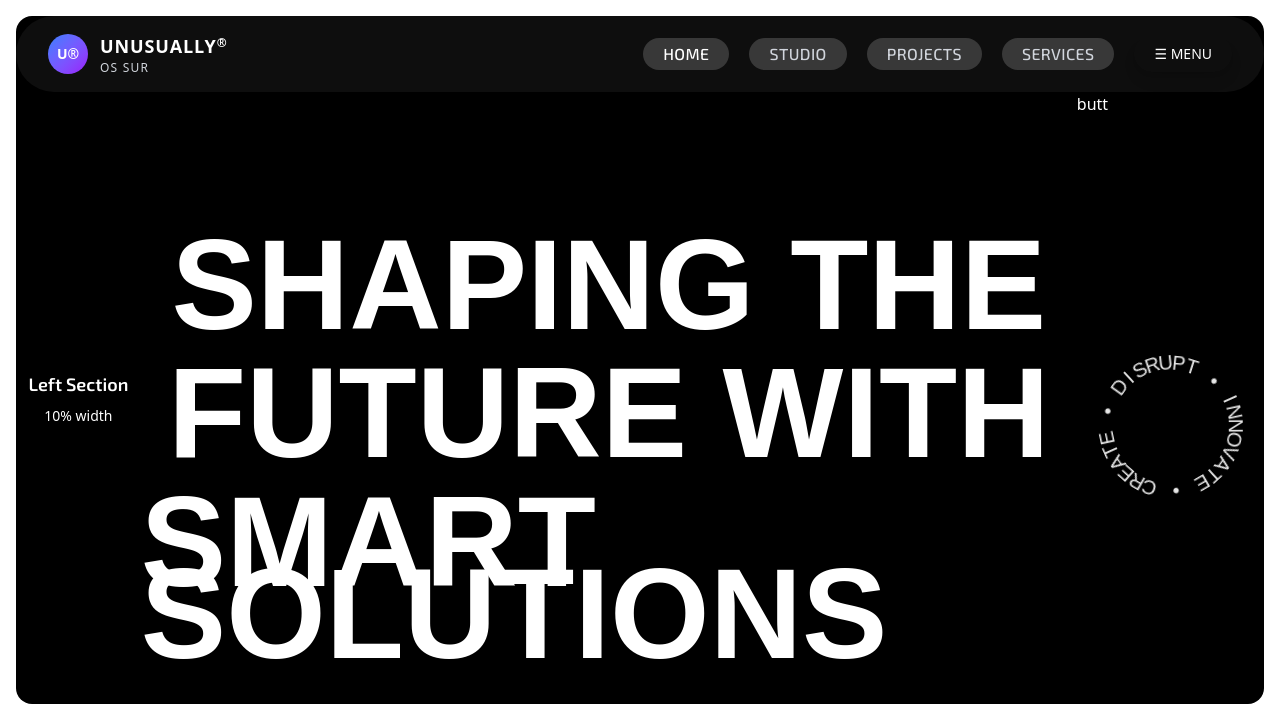
Repository: A-y-u-s-h-29/Digital-Express-India-With-Carrer-Page-And-RazorPay
Page: / (app in op/)
The author's editor kept a copy of each file at every save. The page is drawn from the files as they stood at one save, then again after a run of saves.
The browser window is 1280 px wide. The pictures show the whole page.
Some web fonts or font styles are not loaded; a fallback is used. The project was rebuilt for these pictures with package versions that can differ from the ones it lists, and the page was loaded fresh each time. Also part of the build but not shown: op/vite.config.js.

Above is the page before, as saved 2025-12-04 15:30:22.

After the next 3 saves:
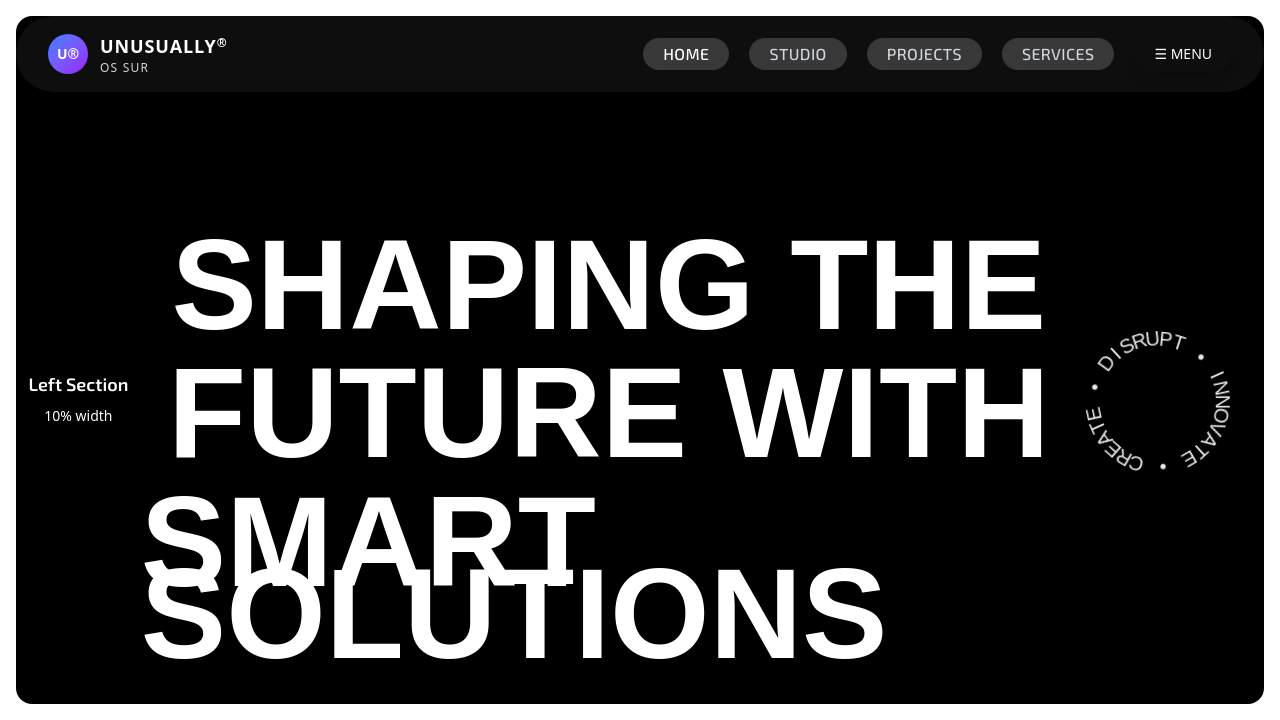
The 3 saves are shown as one change because 1 did not build or start and some came seconds apart.
The last was saved 12 s later.
--- a/op/src/components/Home.jsx
+++ b/op/src/components/Home.jsx
@@ -52,14 +52,14 @@ function Home() {
           <div className="w-[15%] flex flex-col justify-center  ">
             {/* Vertical Circular Text */}
             <div className="relative h-full  ">
-              butt
+              <button>
               <CircularText
                 text="INNOVATE • CREATE • DISRUPT • "
                 spinDuration={30}
                 onHover="speedUp"
                 className="text-white/90  big font-light text-xs mt-55 "
               />
-
+              </button>
 
 
               {/* Scroll indicator */}
